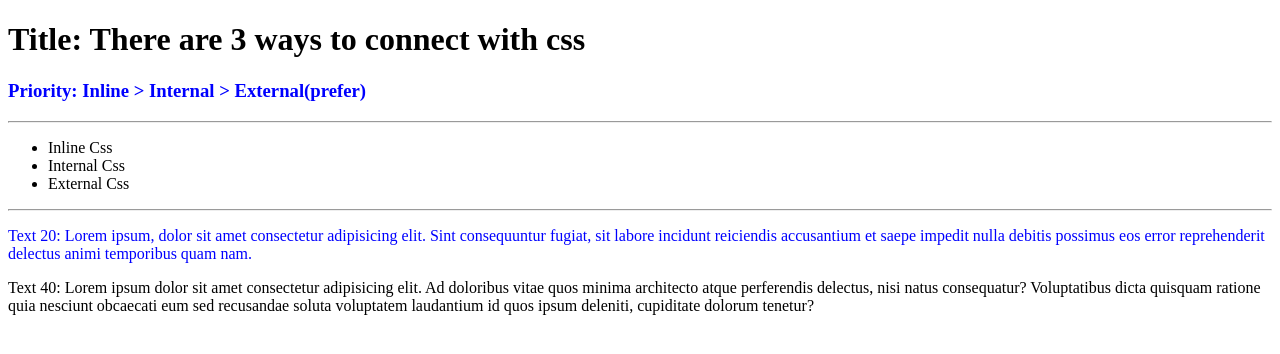
Repository: j4tdn/java18-repository
Page: 2. CSS3/ex02-css-selector-class-id.html
The author's editor kept a copy of each file at every save. The page is drawn from the files as they stood at one save, then again after the next save.
The browser window is 1280 px wide. The pictures show the whole page.

Above is the page before, as saved 2023-10-21 17:47:19.

### 2. CSS3/ex02-css-selector-class-id.html
<!DOCTYPE html>
<html lang="en">
  <head>
    <meta charset="UTF-8" />
    <meta name="viewport" content="width=device-width, initial-scale=1.0" />
    <title>Ex02 - Css Selector class id</title>
    <link rel="stylesheet" href="css/style-base.css" />
    <link rel="stylesheet" href="css/utils.css" />
  </head>
  <body>
    <!-- html comments -->
    <h1>Title: There are 3 ways to connect with css</h1>
    <h3 class="text20">Priority: Inline > Internal > External(prefer)</h3>

    <hr />

    <ul>
      <li>Inline Css</li>
      <li>Internal Css</li>
      <li>External Css</li>
    </ul>
    <hr />
    <p class="text20">
      Text 20: Lorem ipsum, dolor sit amet consectetur adipisicing elit. Sint
      consequuntur fugiat, sit labore incidunt reiciendis accusantium et saepe
      impedit nulla debitis possimus eos error reprehenderit delectus animi
      temporibus quam nam.
    </p>
    <p>
      Text 40: Lorem ipsum dolor sit amet consectetur adipisicing elit. Ad
      doloribus vitae quos minima architecto atque perferendis delectus, nisi
      natus consequatur? Voluptatibus dicta quisquam ratione quia nesciunt
      obcaecati eum sed recusandae soluta voluptatem laudantium id quos ipsum
      deleniti, cupiditate dolorum tenetur?
    </p>
  </body>
</html>

### 2. CSS3/css/style-base.css
/* Chỉ có thẻ p với class là text20 mới ăn */
/* p[class="text20"] {
  color: blue;
} */
/* p.text20 {
  color: blue;
} */
.text20 {
  color: blue;
}

### 2. CSS3/css/utils.css
.text-green {
  color: green;
}
.text-blue {
  color: blue;
}
.text-orange {
  color: orange;
}

After the next save:
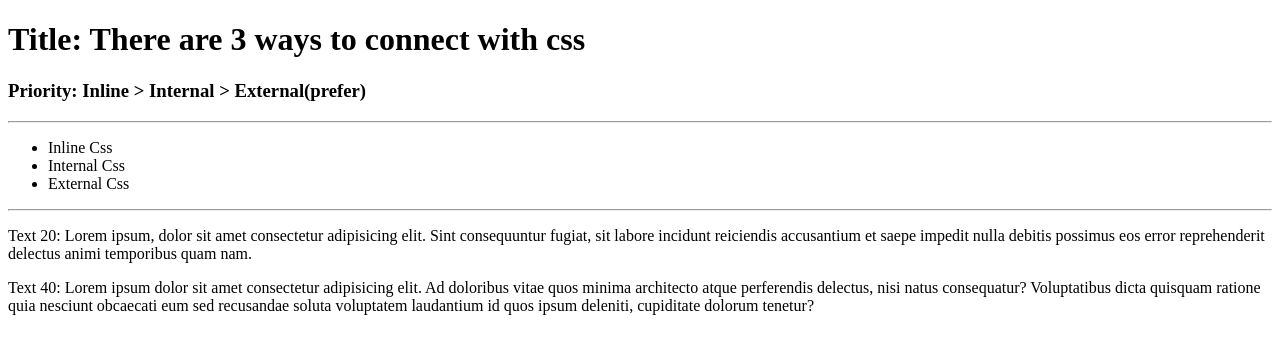
Saved 36 s later.
--- a/2. CSS3/css/style-base.css
+++ b/2. CSS3/css/style-base.css
@@ -5,6 +5,7 @@
 /* p.text20 {
   color: blue;
 } */
-.text20 {
+/* Tất cả tag với class là text20 */
+/* .text20 {
   color: blue;
-}
+} */
